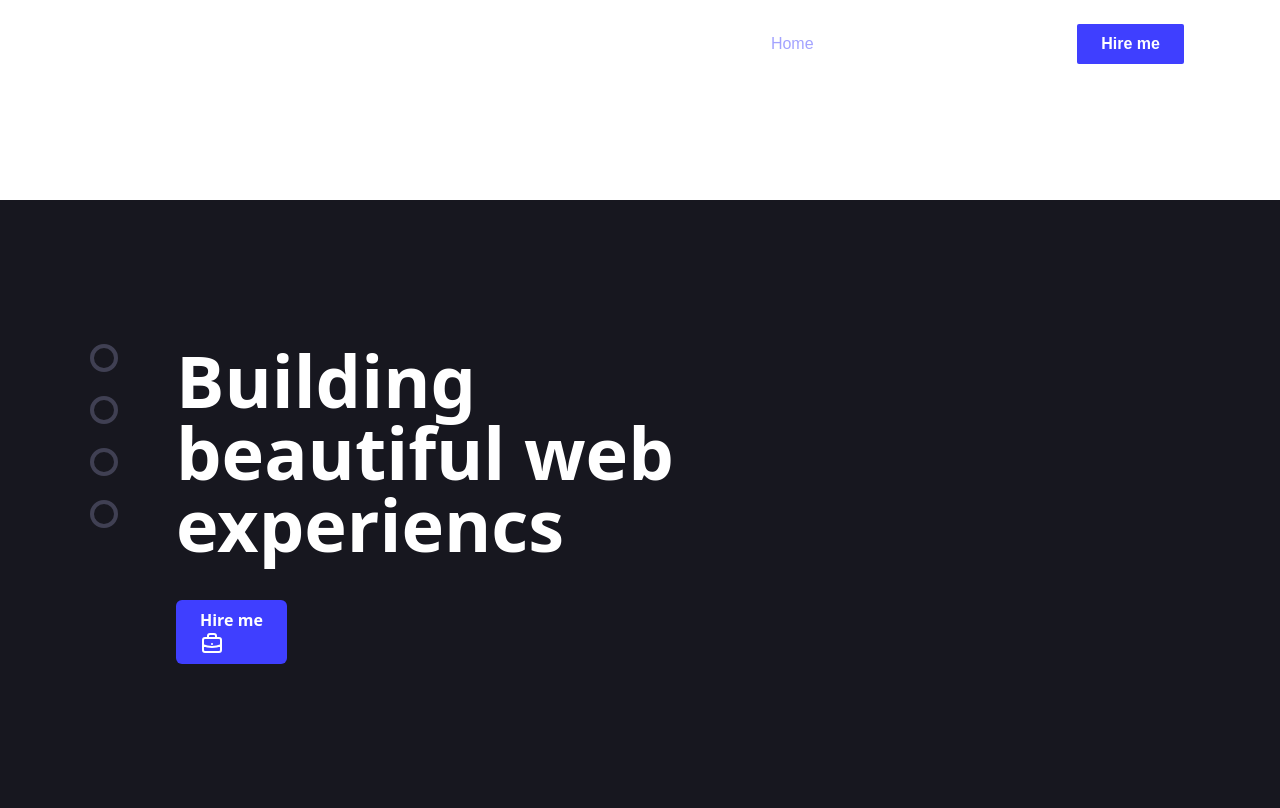
Repository: Alex0715/portfolio
Page: /
An editor plug-in stored every save of this project. The page is shown before and after the next save, followed by the edit.
The browser window is 1280 px wide. The pictures show the whole page.
The project was rebuilt for these pictures with package versions that can differ from the ones it lists, and the page was loaded fresh each time. The framework's server and built-in components were replaced by stand-ins that run in the browser. Also part of the build but not shown: next.config.js.

Above is the page before, as saved 2022-02-03 22:19:29.

After the next save:
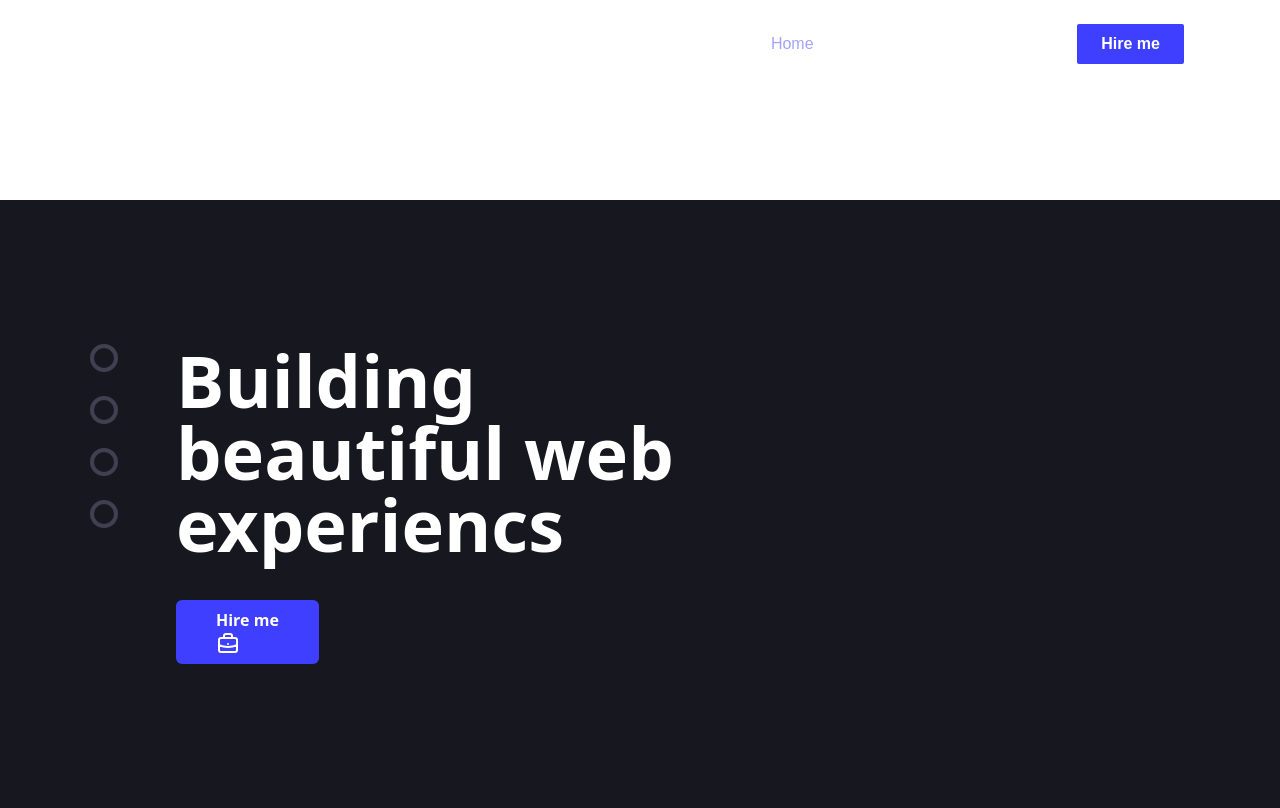
Saved 40 s later.
--- a/pages/components/Banner.js
+++ b/pages/components/Banner.js
@@ -23,7 +23,7 @@
         <div className="flex flex-wrap lg:ml-20 justify-center md:justify-start max-w-xl mt-0 md:my-36">
           <h1 className="font-bold text-5xl md:text-6xl lg:text-7xl text-center md:text-left">Building <br/> beautiful web experiencs</h1>
           <div className="flex mt-10">
-          <a href="#"><button className="bg-theme px-6 py-2 font-bold rounded-md">Hire me
+          <a href="#"><button className="bg-theme px-10 py-2 font-bold rounded-md">Hire me
           <svg xmlns="http://www.w3.org/2000/svg" className="h-6 w-6 " fill="none" viewBox="0 0 24 24" stroke="currentColor">
   <path strokeLinecap="round" strokeLinejoin="round" strokeWidth={2} d="M21 13.255A23.931 23.931 0 0112 15c-3.183 0-6.22-.62-9-1.745M16 6V4a2 2 0 00-2-2h-4a2 2 0 00-2 2v2m4 6h.01M5 20h14a2 2 0 002-2V8a2 2 0 00-2-2H5a2 2 0 00-2 2v10a2 2 0 002 2z" />
 </svg>
